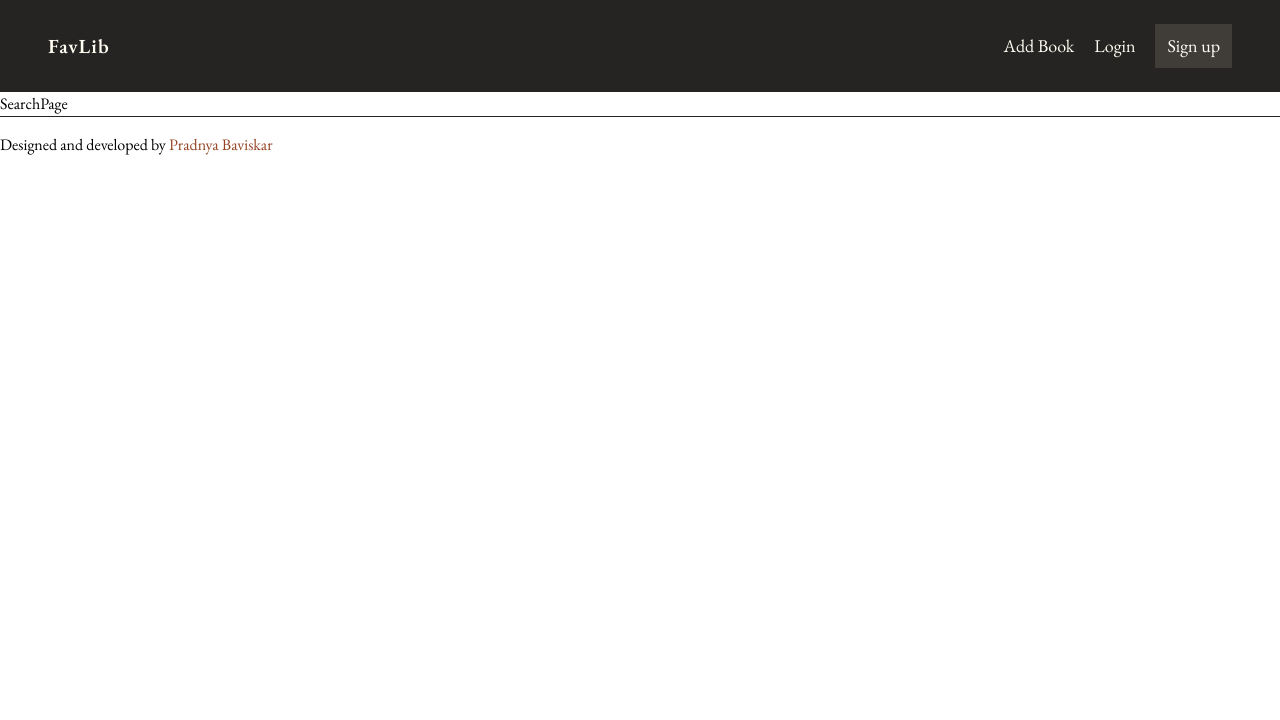
Repository: Pradnya-07/Pradnya-s_Library
Page: /search (app in frontend/)
An editor plug-in stored every save of this project. The page is shown before and after the next save, followed by the edit.
The browser window is 1280 px wide. The pictures show the whole page.
The page's requests for data from a server got no answer. The project was rebuilt for these pictures with package versions that can differ from the ones it lists, and the page was loaded fresh each time. No one was signed in, and anything a server would have sent is missing. Also part of the build but not shown: frontend/vite.config.js, frontend/src/components/hero.jsx, frontend/src/store/bookStore.js, frontend/src/components/booklist.jsx, frontend/src/pages/homepage.jsx, frontend/src/pages/login.jsx, frontend/src/pages/signup.jsx, frontend/src/pages/addbook.jsx and 2 more. Imported but missing from the stored project, and not drawn on this page: frontend/src/assets/bg_video.mp4.

Above is the page before, as saved 2025-03-03 10:37:32.

### frontend/src/main.jsx
import { BrowserRouter } from 'react-router'
import { StrictMode } from 'react'
import { createRoot } from 'react-dom/client'
import './index.css'
import App from './App.jsx'

createRoot(document.getElementById('root')).render(
  <StrictMode>
    <BrowserRouter>
      <App />
      </BrowserRouter>
  </StrictMode>,
)

### frontend/src/index.css
@import url("https://fonts.googleapis.com/css2?family=EB+Garamond:ital,wght@0,400..800;1,400..800&display=swap");

@import "tailwindcss";

* {
    font-family: "EB Garamond", serif;
    font-optical-sizing: auto;
    font-style: normal;
  }

### frontend/src/App.jsx
import { Route, Routes } from "react-router"
import { useState, useEffect } from 'react'
import Homepage from './pages/homepage'
import Loginpage from './pages/login'
import Signuppage from './pages/signup'
import Navbar from "./components/navbar"
import Addbook from "./pages/addbook"
import { Toaster } from "react-hot-toast"
import { useAuthStore } from "./store/authStore";
import RedirectAuthenticatedUser from "./providers/RedirectAuthenticatedUsers"
import RedirectUnauthenticatedUser from "./providers/RedirectUnauthenticatedUsers"
import Footer from "./components/footer"
import SearchPage from "./pages/SearchPage"

function App() {

  const { fetchUser, fetchingUser } = useAuthStore();

  useEffect(() => {
    fetchUser();
  }, [fetchUser]);

  if (fetchingUser) {
    return <p>Loading...</p>;
  }
  return (
    <>
      <Toaster />
      <Navbar />
      <Routes>
        <Route path={"/"} element={<Homepage />} />
        <Route path={"/login"} element={<RedirectAuthenticatedUser>
          <Loginpage />
        </RedirectAuthenticatedUser>} />
        <Route path={"/signup"} element={<RedirectAuthenticatedUser>
          <Signuppage />
        </RedirectAuthenticatedUser>} />
        <Route path={"/add-book"} element={<RedirectUnauthenticatedUser>
          <Addbook />
        </RedirectUnauthenticatedUser>} />
        <Route path="/search" element={<SearchPage />}/>
      </Routes>
      <Footer />
    </>
  )
}

export default App

### frontend/src/components/navbar.jsx
import { React } from 'react'
import { Link } from "react-router"
import { useAuthStore } from '../store/authStore'
import toast from 'react-hot-toast';


const Navbar = () => {
    const { user, logout } = useAuthStore();
    console.log("User:", user);

    const handleLogout = async () => {
        const { message } = await logout();
        toast.success(message);
    }
    return (
        <nav className="bg-[#252422] flex justify-between items-center text-[#FFFCF2] px-4 md:px-12 py-4 md:py-6 ">
            <Link to={"/"}>
                <label className="font-semibold tracking-wider md:text-lg lg:text-xl cursor-pointer">FavLib</label>
            </Link>

            {user ? (
                <div className="flex items-center space-x-5 md:text-lg">
                    <Link to={"/add-book"}>
                        <p className="bg-[#403D39] px-3 py-2">Add Book</p>
                    </Link>

                    <p onClick={handleLogout}>Logout({user.username})</p>
                </div>
            ) : (
                <div className="flex items-center space-x-5 md:text-lg">
                    <Link to={"/login"}>Add Book</Link>
                    <Link to={"/login"}>Login</Link>
                    <Link to={"/signup"}>
                        <button className="bg-[#403D39] px-3 py-2">Sign up</button></Link>
                </div>
            )}
        </nav>

    )
}

export default Navbar

### frontend/src/store/authStore.js
import { create } from "zustand";
import axios from "axios";


const API_URL = "http://localhost:4000/api";
axios.defaults.withCredentials = true;

export const useAuthStore = create((set) => ({
    // initial states
    user: null,
    isLoading: false,
    error: null,
    message: null,
    fetchingUser: true,

    //functions

    signup: async (username, email, password) => {
        set({ isLoading: true, message: null, error: null });

        try {
            const response = await axios.post(`${API_URL}/signup`,
                { username, email, password, },
                { headers: { "Content-Type": "application/json" } });

            set({ user: response.data.user, isLoading: false, message: response.data.message });

        } catch (error) {
            console.error("Signup error:", error.response?.data);

            set({
                isLoading: false,
                error: error.response.data.message || "Error signing up.",
            });
            throw error;
        }
    },

    login: async (email, password) => {
        set({ isLoading: true, message: null, error: null });

        try {
            console.log("Sending request with in login function:", { email, password });
            const response = await axios.post(`${API_URL}/login`,
                { email, password });
            const { user, message } = response.data;
            set({ user, isLoading: false, message });
            return { user, message };

        } catch (error) {
            //console.error("Login error:", error.response.data);

            set({
                isLoading: false,
                error: error.response.data.message || "Error Logging in.",
            });
            throw error;
        }
    },


    fetchUser: async () => {
        set({ fetchingUser: true, error: null });

        try {
            const response = await axios.get(`${API_URL}/fetch-user`);

            set({ user: response.data.user, fetchingUser: false });

        } catch (error) {
            set({
                fetchingUser: false,
                error: null,
                user: null,
            });
            throw error;
        }
    },

    logout: async () => {
        set({ isLoading: true, error: null, message: null });
        try {
            const response = await axios.post(`${API_URL}/logout`);

            const { message } = response.data;

            set({ message, isLoading: false, user: null, error: null });

            return { message };
        } catch (error) {
            set({
                isLoading: false,
                error: error.response.data.message || "Error Logging out.",
            });
            throw error;
        }
    }
}));

### frontend/src/components/footer.jsx
import { Link } from "react-router";
const Footer = () => {
    return (
        <div>
              <h3 className="border-t border-[#252422] pt-4 pb-6 italic">
        Designed and developed by{" "}
        <Link to={"/"} target="_blank" className="text-[#944424]">
          Pradnya Baviskar
        </Link>
      </h3>
        </div>
    )
}

export default Footer;

### frontend/src/pages/searchpage.jsx
const SearchPage = () => {


    return (

        <div>SearchPage</div>
    )};

    export default SearchPage

Loaded but not shown: frontend/index.html (common file)

After the next save:
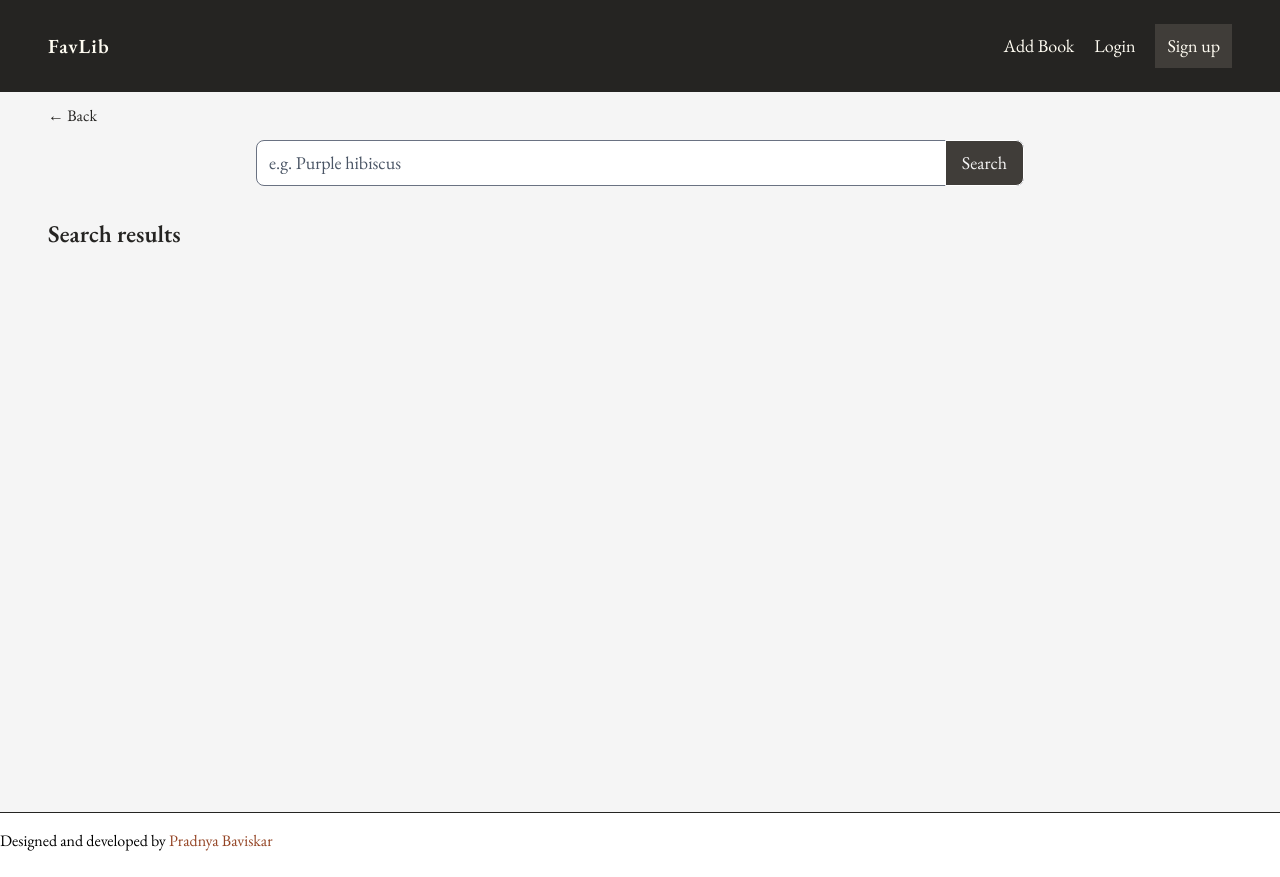
Saved 8 min 30 s later.
--- a/frontend/src/pages/searchpage.jsx
+++ b/frontend/src/pages/searchpage.jsx
@@ -1,9 +1,50 @@
+import { useState } from "react";
+import { useNavigate } from "react-router";
+
 const SearchPage = () => {
 
+    const [searchTerm, setSearchTerm] = useState("");
 
+    const navigate = useNavigate();
+
+    const handleSubmit = (e) => {
+        e.preventDefault();
+
+        const urlParams = new URLSearchParams(window.location.search);
+        urlParams.set("searchTerm", searchTerm);
+
+        const searchQuery = urlParams.toString();
+        navigate(`/search?${searchQuery}`);
+    };
     return (
 
-        <div>SearchPage</div>
+        <div className="min-h-screen text-[#252422] bg-[#f5f5f5] px-4 md:px-12 pb-10">
+      <p className="cursor-pointer py-3" onClick={() => navigate("/")}>
+        &larr; Back
+      </p>
+      <div className="w-full h-full flex flex-col justify-center items-center">
+        <form
+          onSubmit={handleSubmit}
+          className="relative w-full max-w-sm md:max-w-xl lg:max-w-3xl text-base lg:text-lg" >
+          <input
+            type="text"
+            value={searchTerm}
+            onChange={(e) => setSearchTerm(e.target.value)}
+            placeholder="e.g. Purple hibiscus"
+            className="w-full px-3 py-1.5 md:py-2 text-[#252422] rounded-lg placeholder:text-gray-600 bg-white border border-gray-500"/>
+          <button
+            type="submit"
+            className="absolute right-0 top-0 bottom-0 bg-[#403D39] text-[#f5f5f5] px-4 border border-white transitionfont-semibold rounded-r-lg" >
+            Search
+          </button>
+        </form>
+      </div>
+
+      <h1 className="font-semibold pt-8 pb-6 text-xl md:text-2xl ">
+        Search results
+      </h1>
+      </div>
+
     )};
 
     export default SearchPage
